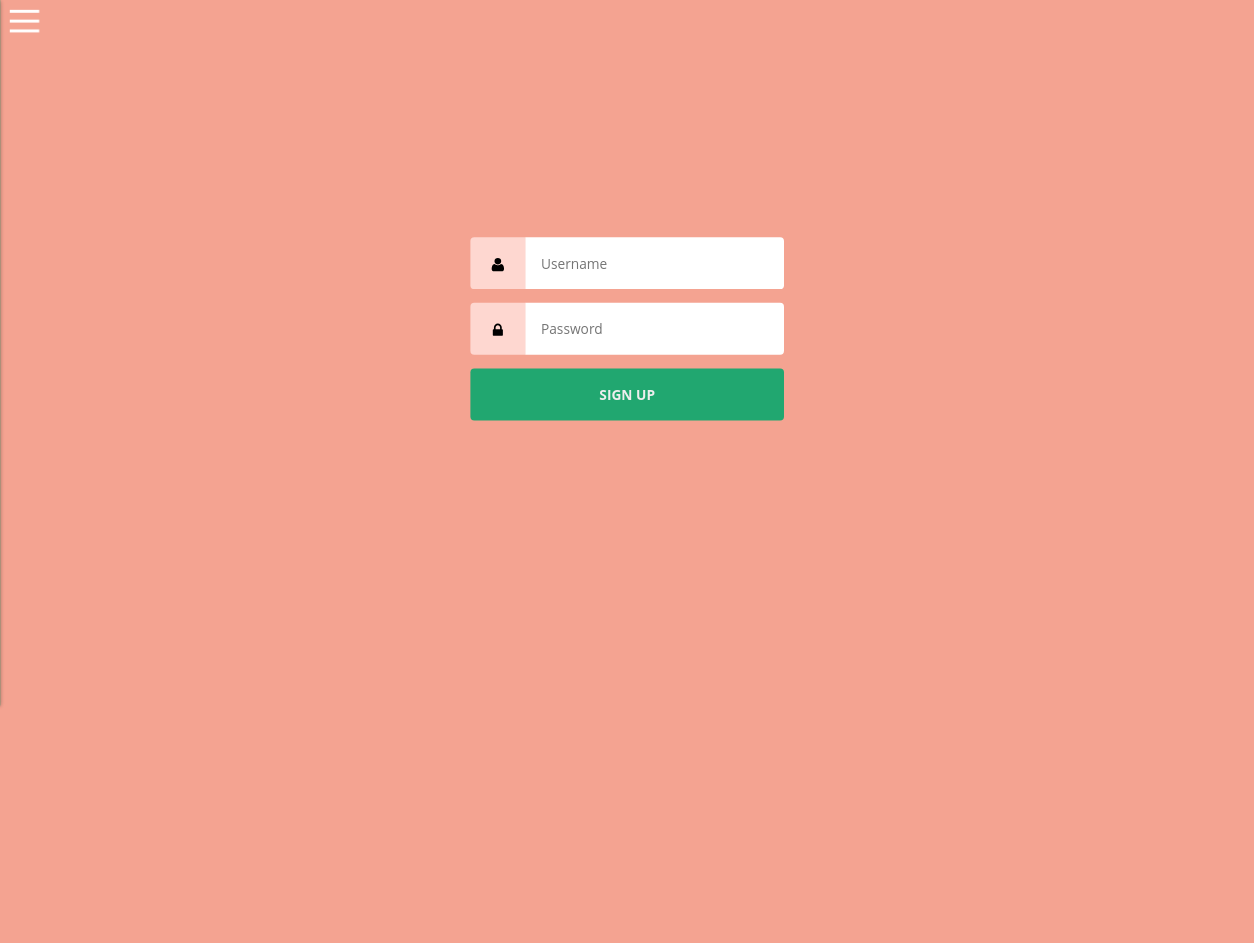
Repository: se-yoo/ChangeSeat
Page: http://localhost/ChangeSeat/signUp.jsp
An editor plug-in stored every save of this project. The page is shown before and after the next save, followed by the edit.
The browser window is 1280 px wide. The pictures show the whole page, at 98% of full size.
Some web libraries are served in a nearby version. The page is served by Tomcat 9.

Above is the page before, as saved 2018-06-25 09:46:48.

After the next save:
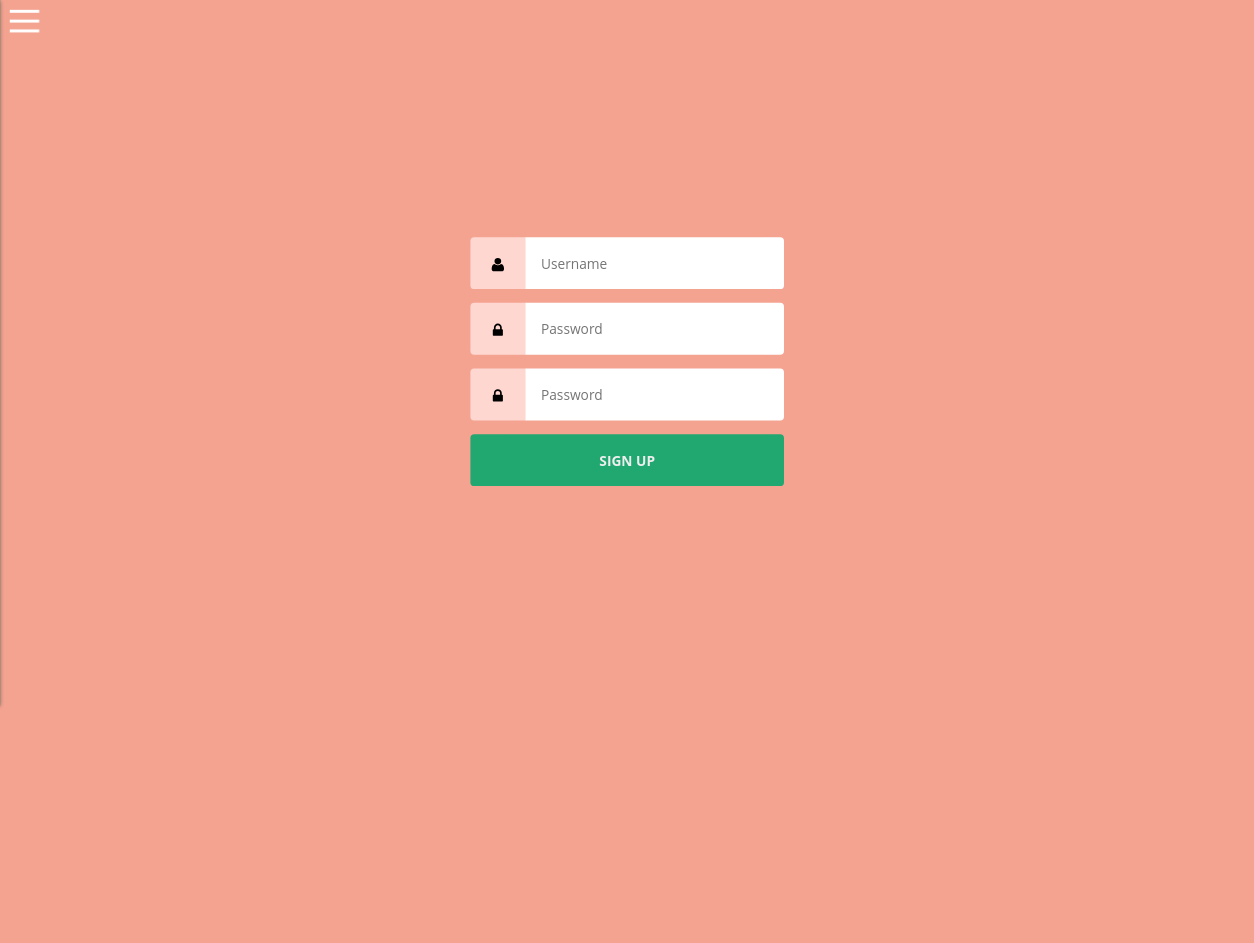
Saved 6 s later.
--- a/ChangeSeat/WebContent/signUpProc.jsp
+++ b/ChangeSeat/WebContent/signUpProc.jsp
@@ -23,6 +23,11 @@
       </div>
 
       <div class="form__field">
+        <label for="login__password"><svg class="icon"><use xmlns:xlink="http://www.w3.org/1999/xlink" xlink:href="#lock"></use></svg><span class="hidden">Password</span></label>
+        <input id="login__password" type="password" name="password" class="form__input" placeholder="Password" required>
+      </div>
+
+      <div class="form__field">
         <input type="submit" value="Sign Up">
       </div>
 
